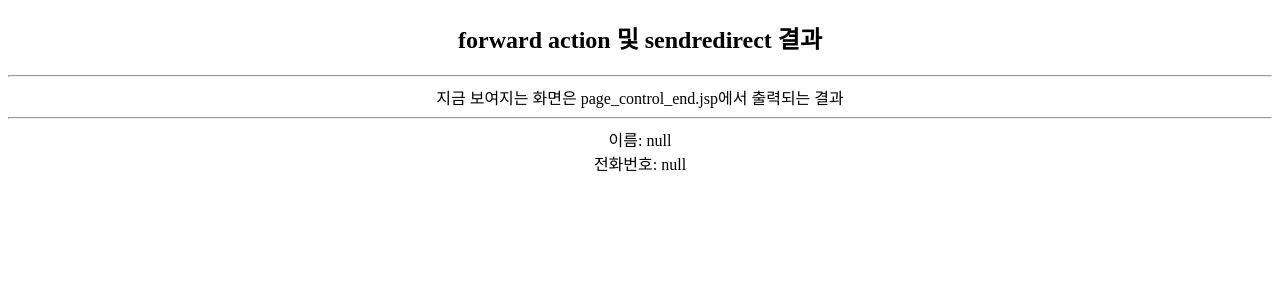
Repository: topblame/Bootcamp
Page: http://localhost/JSP_250408/chapter01/forward_action.jsp
These files come from the project's save history. The page is drawn as it stood at one moment and after the next save; the edit follows.
The browser window is 1280 px wide. The pictures show the whole page.
The page is served by Tomcat 9. Other server files are loaded and not shown.

Above is the page before, as saved 2025-06-24 05:54:28.

### WebMvc/JSP_250408/src/main/webapp/chapter01/forward_action.jsp
<%@ page language="java" contentType="text/html; charset=UTF-8"
    pageEncoding="UTF-8"%>
<!DOCTYPE html>
<html>
<head>
<meta charset="UTF-8">
<title>forward_action</title>
</head>
<body>
<h2>forward_action.jsp</h2>
<%request.setCharacterEncoding("UTF-8"); %>

<jsp:forward page="page_control_end.jsp"></jsp:forward>
</body>
</html>

### WebMvc/JSP_250408/src/main/webapp/chapter01/page_control_end.jsp
<%@ page language="java" contentType="text/html; charset=UTF-8"
    pageEncoding="UTF-8"%>
<!DOCTYPE html>
<html>
<head>
<meta charset="UTF-8">
<title>page_control_end</title>
</head>
<body>
	<div align="center">
		<h2>forward action 및 sendredirect 결과</h2>
		<hr />
		지금 보여지는 화면은 page_control_end.jsp에서 출력되는 결과
		<hr />
		이름: <%=request.getParameter("username")%> <br>
		전화번호: <%=request.getParameter("phone") %>
	</div>
</body>
</html>

After the next save:
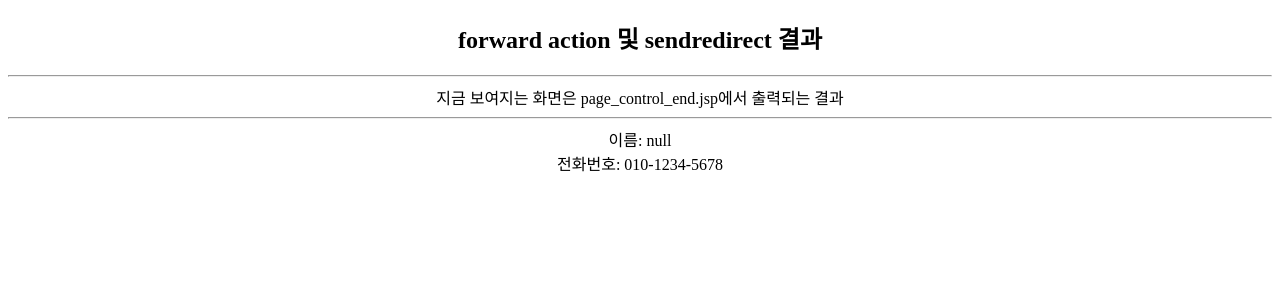
Saved 12 s later.
--- a/WebMvc/JSP_250408/src/main/webapp/chapter01/forward_action.jsp
+++ b/WebMvc/JSP_250408/src/main/webapp/chapter01/forward_action.jsp
@@ -7,9 +7,13 @@
 <title>forward_action</title>
 </head>
 <body>
-<h2>forward_action.jsp</h2>
-<%request.setCharacterEncoding("UTF-8"); %>
+	<h2>forward_action.jsp</h2>
+	<%
+	request.setCharacterEncoding("UTF-8");
+	%>
 
-<jsp:forward page="page_control_end.jsp"></jsp:forward>
+	<jsp:forward page="page_control_end.jsp">
+		<jsp:param name="phone" value="010-1234-5678" />
+	</jsp:forward>
 </body>
 </html>
